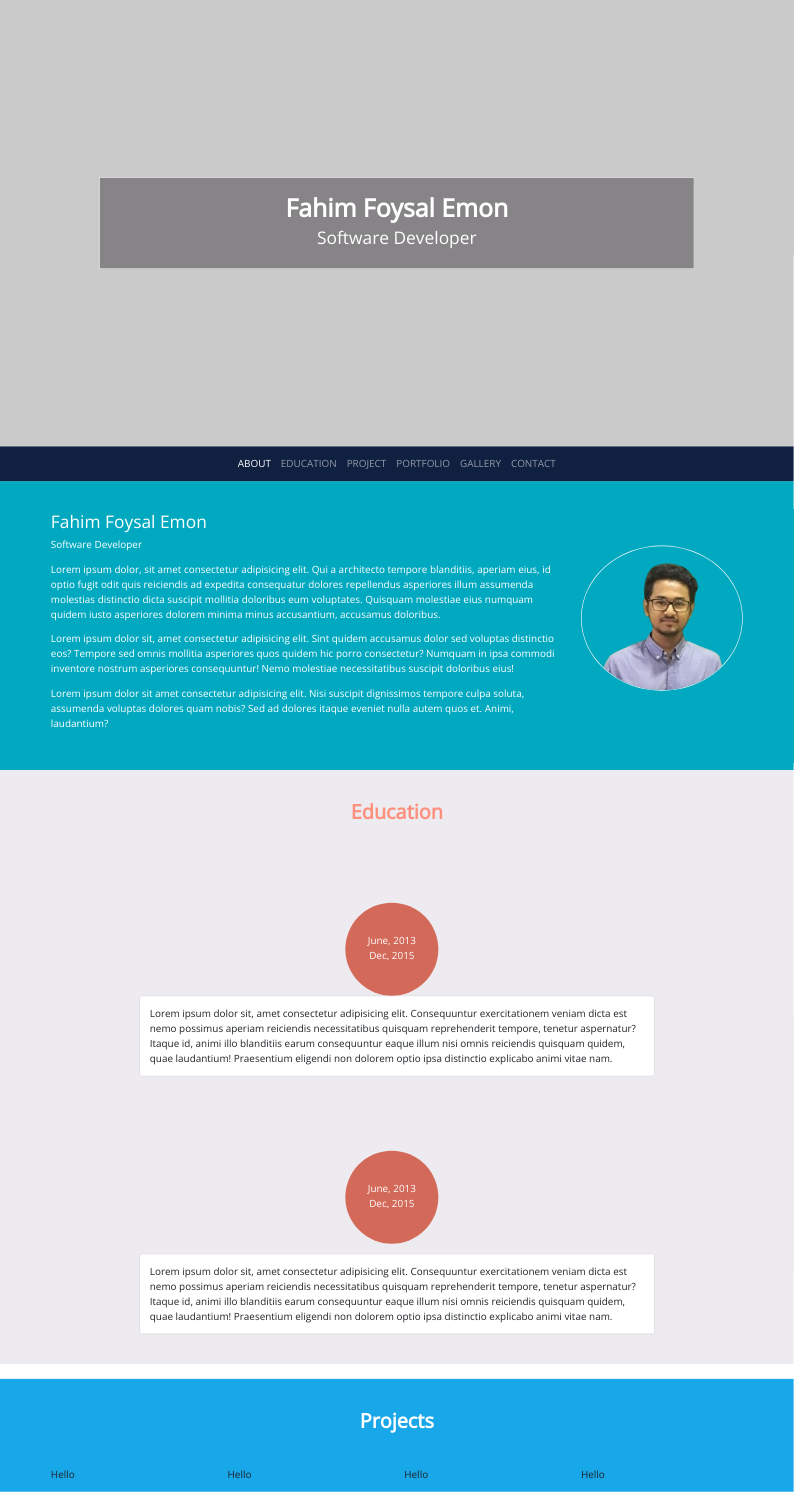
Repository: emowzz/emowzz.github.io
Page: index.html
The author's editor kept a copy of each file at every save. The page is drawn from the files as they stood at one save, then again after the next save.
The browser window is 1280 px wide. The pictures show the whole page, at 62% of full size.
Some web libraries are served in a nearby version.

Above is the page before, as saved 2021-03-17 23:10:30.

After the next save:
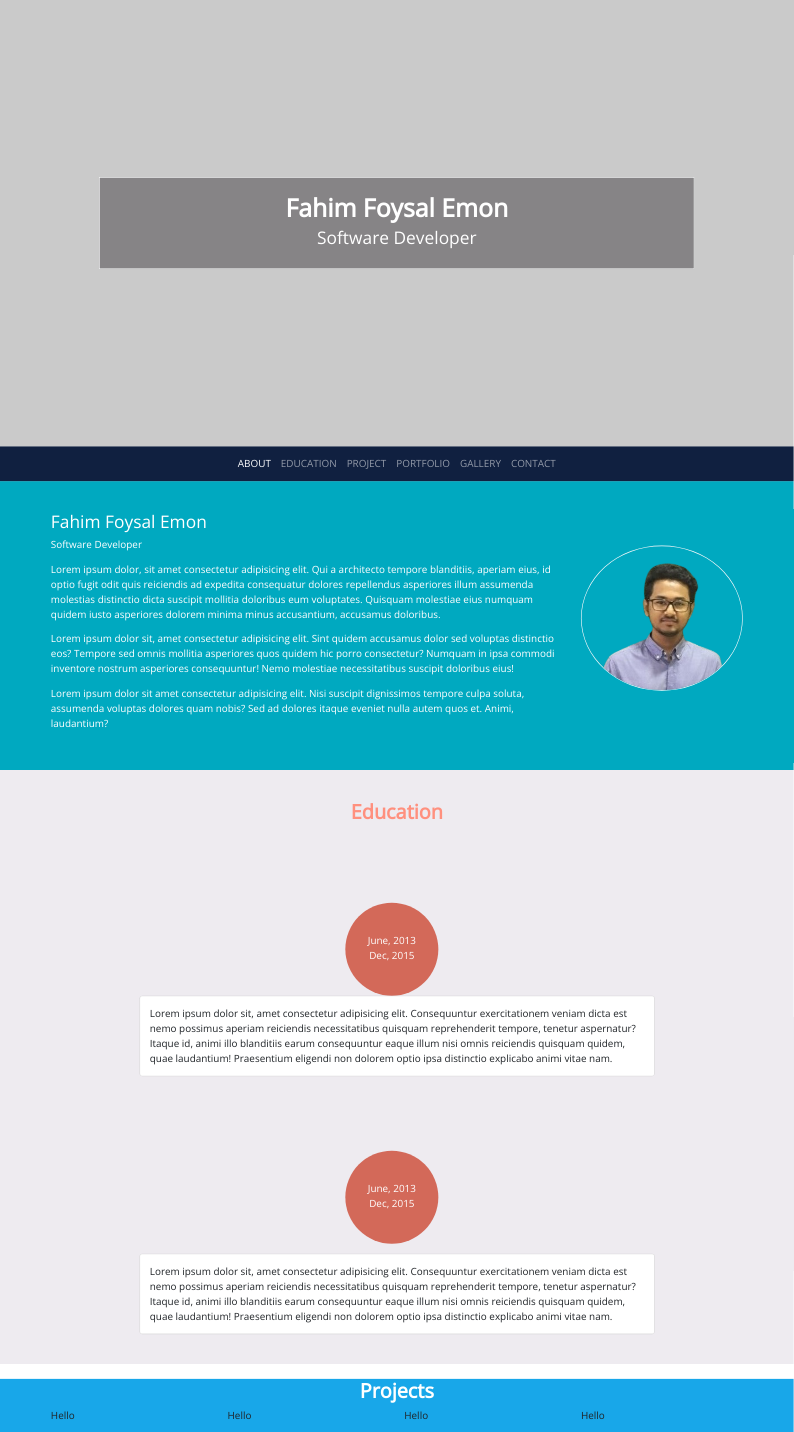
Saved 19 s later.
--- a/index.html
+++ b/index.html
@@ -155,7 +155,7 @@
   <div class="project-container">
     <div class="container">
       <div class="row text-center">
-        <div class="col py-5">
+        <div class="col">
           <h2 class="text-white fw-bolder">
             Projects
           </h2>
